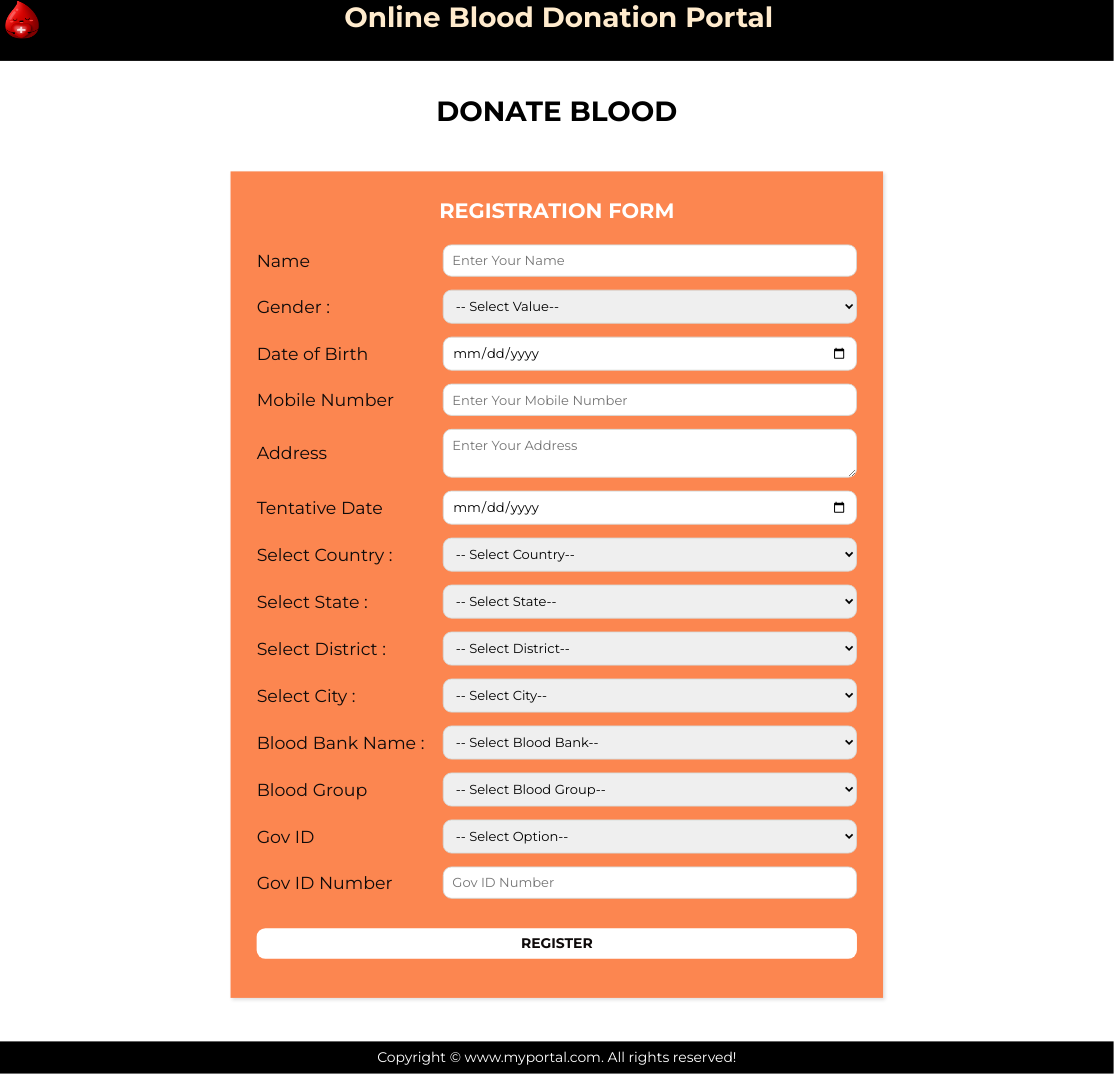
Repository: aditaya-burnwal/blood_donation_portal
Page: Donate Blood/donateblood.html
These files come from the project's save history. The page is drawn as it stood at one moment and after a run of saves; the edit follows.
The browser window is 1280 px wide. The pictures show the whole page, at 87% of full size.

Above is the page before, as saved 2021-05-16 14:13:05.

### Donate Blood/donateblood.html
<!DOCTYPE html>
<html lang="en">

<head>
    <meta charset="UTF-8">
    <meta http-equiv="X-UA-Compatible" content="IE=edge">
    <meta name="viewport" content="width=device-width, initial-scale=1.0">
    <link rel="icon" href="/Logo1.png">
    <link rel="stylesheet" href="donateblood.css">
    <title>Donate Blood</title>
</head>

<body>
    <div class="header">
        <img src="/Logo1.png" height="50px" width="50px">
        <h1 id="title">Online Blood Donation Portal</h1>
    </div>
    <br>
    <br>
    <h1 align="center">DONATE BLOOD</h1>
    <div class="wrapper">
        <div class="title">
            Registration Form
        </div>

        <div class="form">
            <div class="inputfield">
                <label>Name</label>
                <input type="text" name="name" placeholder="Enter Your Name" class="input" required>
            </div>

            <div class="inputfield">
                <label>Gender :</label>
                <select class="input" required>
                    <option value="">-- Select Value--</option>
                    <option value="Male">Male</option>
                    <option value="Female">Female</option>
                    <option value="Others">Others</option>
                </select>
            </div>

            <div class="inputfield">
                <label>Date of Birth</label>
                <input type="date" name="date" class="input">
            </div>

            <div class="inputfield">
                <label>Mobile Number</label>
                <input type="number" name="mobile" placeholder="Enter Your Mobile Number" class="input">
            </div>

            <div class="inputfield">
                <label>Address</label>
                <textarea name="address" placeholder="Enter Your Address" class="input"></textarea>
            </div>

            <div class="inputfield">
                <label>Tentative Date</label>
                <input type="date" name="tendate" class="input">
            </div>


            <div class="inputfield">
                <label>Select Country :</label>
                <select class="input">
                    <option value="">-- Select Country--</option>
                    <option value="India">India</option>
                    <option value="USA">USA</option>
                </select>
            </div>

            <div class="inputfield">
                <label>Select State :</label>
                <select class="input">
                    <option value="">-- Select State--</option>
                    <optgroup label="India">
                        <option value="Bihar">Bihar</option>
                        <option value="Delhi">Delhi</option>
                        <option value="Jharkhand">Jharkhand</option>
                        <option value="West Bengal">West Bengal</option>
                    </optgroup>
                    <optgroup label="USA">
                        <option value="New Mexico">New Mexico</option>
                        <option value="Texas">Texas</option>
                        <option value="Washington">Washington</option>
                    </optgroup>
                </select>
            </div>
            <div class="inputfield">
                <label>Select District :</label>
                <select class="input">
                    <option value="">-- Select District--</option>
                    <optgroup label="India">
                        <optgroup label="Bihar">
                            <option value="Bhagalpur">Bhagalpur</option>
                            <option value="Patna">Patna</option>
                        </optgroup>
                        <optgroup label="Jharkhand">
                            <option value="Deoghar">Deoghar</option>
                            <option value="Dhanbad">Dhanbad</option>
                        </optgroup>
                        <optgroup label="Delhi">
                        <option value="New Delhi">New Delhi</option>
                    </optgroup>
                    <optgroup label="West Bengal">
                        <option value="Howrah">Howrah</option>
                        <option value="Kolkata">Kolkata</option>
                        <option value="North 24 Parganas">North 24 Parganas</option>
                    </optgroup>
                </optgroup>
                    <optgroup label="USA">
                        <option value="New Mexico">New Mexico</option>
                        <option value="Texas">Texas</option>
                        <option value="Washington">Washington</option>
                    </optgroup>
                </select>
            </div>
            <div class="inputfield">
                <label>Select City : </label>
                <select class="input">
                    <option value="">-- Select City--</option>
                    <optgroup label="Bhagalpur">
                        <option value="Bhagalpur">Bhagalpur</option>
                        <option value="Sultanganj">Sultanganj</option>
                    </optgroup>
                    <optgroup label="Patna">
                        <option value="Danapur">Danapur</option>
                        <option value="Patna">Patna</option>
                    </optgroup>
                    <optgroup label="Deoghar">
                        <option value="Deoghar">Deoghar</option>
                        <option value="Madhupur">Madhupur</option>
                    </optgroup>
                    <optgroup label="Dhanbad">
                        <option value="Dhanbad">Dhanbad</option>
                    </optgroup>
                    <optgroup label="Delhi">
                        <option value="Firozabad">Firozabad</option>
                        <option value="New Delhi">New Delhi</option>
                    </optgroup>
                    <optgroup label="West Bengal">
                        <option value="Howrah">Howrah</option>
                        <option value="Kolkata">Kolkata</option>
                        <option value="Salt Lake City">Salt Lake City</option>
                    </optgroup>
                    <optgroup label="USA">
                        <option value="Brownsville">Brownsville</option>
                        <option value="Chicago">Chicago</option>
                        <option value="Las Cruces">Las Cruces</option>
                        <option value="New York City">New York City</option>
                        <option value="Seattle">Seattle</option>
                    </optgroup>
                </select>
            </div>

            <div class="inputfield">
                <label>Blood Bank Name : </label>
                <select class="input">
                    <option value="">-- Select Blood Bank--</option>
                    <optgroup label="Bhagalpur">
                        <option value="JLNMCHB">Blood Bank JLNMCH Bhagalpur</option>
                    </optgroup>
                    <optgroup label="Patna">
                        <option value="PMCH">Bihar State Blood Bank, PMCH, Patna</option>
                        <option value="IGIMSP">Blood Bank IGIMS Patna</option>
                        <option value="NMCH">Blood Bank NMCH Patna</option>
                    </optgroup>
                    <optgroup label="Deoghar">
                        <option value="SadarHosDeo">Blood Bank, Sadar Hospital, Deoghar</option>
                    </optgroup>
                    <optgroup label="Dhanbad">
                        <option value="PMCHS">Blood Bank, PMCHS, Dhanbad</option>
                        <option value="CHBB">Central Hospital Blood Bank</option>
                    </optgroup>
                    <optgroup label="Delhi">
                        <option value="KGH">Blood Bank, Kasturba Gandhi Hospital</option>
                        <option value="NRCH">Blood Bank, NRCH</option>
                        <option value="IRCNH">Indian Red Cross NH Blood Bank</option>
                    </optgroup>
                    <optgroup label="West Bengal">
                        <option value="BDHBB">Barasat District Hospital Blood Bank</option>
                        <option value="CMCH">Calcutta Medical College and Hospital</option>
                        <option value="NRSMCH">N.R.S Medical College and Hospital</option>

                    </optgroup>
                    <optgroup label="USA">
                        <option value="AABB">American Association of Blood Banks</option>
                        <option value="Alphacord">Alphacord</option>
                        <option value="ARCS">American Red Cross Services</option>
                        <option value="GCRBC">Gulf Coast Regional Blood Center</option>
                        <option value="Vitalant">Vitalant</option>
                    </optgroup>
                </select>
            </div>

            <div class="inputfield">
                <label>Blood Group</label>

                <select class="input" name="blgr">
                    <option value="">-- Select Blood Group--</option>
                    <option value="A +ve">A +ve</option>
                    <option value="A -ve">A -ve</option>
                    <option value="B +ve">B +ve</option>
                    <option value="B -ve">B -ve</option>
                    <option value="AB +ve">AB +ve</option>
                    <option value="AB -ve">AB -ve</option>
                    <option value="O +ve">O +ve</option>
                    <option value="O -ve">O -ve</option>
                </select>
            </div>

            <div class="inputfield">
                <label>Gov ID</label>

                <select class="input" name="GovId">
                    <option value="">-- Select Option--</option>
                    <option value="Aadhaar">Aadhaar Number</option>
                    <option value="DL">Driving License</option>
                    <option value="GovtIdent">Govt Authority Identifier</option>
                    <option value="PAN">PAN</option>
                    <option value="passport">Passport Number</option>
                    <option value="VoterId">Voter Id</option>
                </select>
            </div>

            <div class="inputfield">
                <label>Gov ID Number</label>
                <input type="number" name="GovIdNo" placeholder="Gov ID Number" class="input">
            </div>

            <br>

            <div class="inputfield">
                <a href="/this" class="submit">Register</a>
                <!-- <button type="submit" class="submit-btn">Log In</button> -->
            </div>
        </div>

    </div>


    <!-- <section>
        <marquee>
            Warning: Do not pay any amount to a person promising supply of blood packets or arranging donors.
            We don't collect money for any services provided.
        </marquee>
    </section> -->

    <footer>
        <div class="center">
            Copyright &copy; www.myportal.com. All rights reserved!
        </div>
    </footer>

</body>
<!--
<script>
    var stateObject = {
    "India": { "Delhi": ["new Delhi", "North Delhi"],
    "Kerala": ["Thiruvananthapuram", "Palakkad"],
    "Goa": ["North Goa", "South Goa"],
    },
    "Australia": {
    "South Australia": ["Dunstan", "Mitchell"],
    "Victoria": ["Altona", "Euroa"]
    }, "Canada": {
    "Alberta": ["Acadia", "Bighorn"],
    "Columbia": ["Washington", ""]
    },
    }
    window.onload = function () {
    var countySel = document.getElementById("countySel"),
    stateSel = document.getElementById("stateSel"),
    districtSel = document.getElementById("districtSel");
    for (var country in stateObject) {
    countySel.options[countySel.options.length] = new Option(country, country);
    }
    countySel.onchange = function () {
    stateSel.length = 1; // remove all options bar first
    districtSel.length = 1; // remove all options bar first
    if (this.selectedIndex < 1) return; // done
    for (var state in stateObject[this.value]) {
    stateSel.options[stateSel.options.length] = new Option(state, state);
    }
    }
    countySel.onchange(); // reset in case page is reloaded
    stateSel.onchange = function () {
    districtSel.length = 1; // remove all options bar first
    if (this.selectedIndex < 1) return; // done
    var district = stateObject[countySel.value][this.value];
    for (var i = 0; i < district.length; i++) {
    districtSel.options[districtSel.options.length] = new Option(district[i], district[i]);
    }
    }
    }
    </script> -->

</html>

### Donate Blood/donateblood.css
/* *{
    margin:0;
    padding:0;
    font-family: sans-serif;
}

#header{
    display: inline-flex;
    flex-direction: row;
    height: 50%;
    justify-content: center;
    text-align: center;
    font-family: 'Bree Serif', serif;
}
.donation-form-box{
    width: 480px;
    height: 480px;
    align-items: center;
    position: relative;
    margin: 6% auto;
    background: rgb(255, 82, 29);
    padding: 5px;
    overflow: hidden;
}

.input-group{
    align-items:center;
} */

@import url('https://fonts.googleapis.com/css?family=Montserrat:400,700&display=swap');

*{
  margin: 0;
  padding: 0;
  box-sizing: border-box;
  font-family: 'Montserrat', sans-serif;
}

html{
  scroll-behavior: smooth;
}

.wrapper{
  max-width: 750px;
  width: 100%;
  background: rgb(252, 134, 80);
  margin: 50px auto;
  box-shadow: 2px 2px 4px rgba(0,0,0,0.125);
  padding: 30px;
}

.wrapper .title{
  font-size: 24px;
  font-weight: 700;
  margin-bottom: 25px;
  color: #fff;
  text-transform: uppercase;
  text-align: center;
}

.wrapper .form{
  width: 100%;

}

.wrapper .form .inputfield{
  margin-bottom: 15px;
  display:flex;
  align-items: center;
}

.wrapper .form .inputfield label{
  width: 300px;
  color: #0e0a0a;
  margin-right: 10px;
  font-size: 20px;
  font-weight:500;
}

.wrapper .form .inputfield .input{
  width: 100%;
  outline: none;
  border: 1px solid #d5dbd9;
  font-size: 15px;
  padding: 8px 10px;
  border-radius: 10px;
}
.submit{
  width: 100%;
  text-transform: uppercase;
  text-decoration: none;
  font-weight:1000;
  text-align: center;
  color: #0e0a0a;
  background-color: white;
  padding: 8px 10px;
  border-radius: 10px;
}


.wrapper .form .inputfield .input:focus
{
  border: 1px solid #fe4d07;
}


.wrapper .form .inputfield .btn{
  width: 100%;
   padding: 8px 10px;
  font-size: 15px;
  border: 0px;
  background:  #f5d93d;
  color: rgb(7, 7, 7);
  cursor: pointer;
  border-radius: 3px;
  outline:none;
}



@media (max-width:420px) {
  .wrapper .form .inputfield{
    flex-direction: column;
    align-items: flex-start;
  }
  .wrapper .form .inputfield label{
    margin-bottom: 5px;
  }

}

.header{
    height: 70px;
    justify-content: start;
    width: 100%;
    display: flex;
    background: black;
    flex-direction: row;
}

#title{
    color: blanchedalmond;
    margin-left: 27%;
    margin-right: 10%;
}

footer{
  background: black;
  color: white;
  padding: 9px 20px;
}

.center{
  text-align: center;
}

After the next 2 saves:
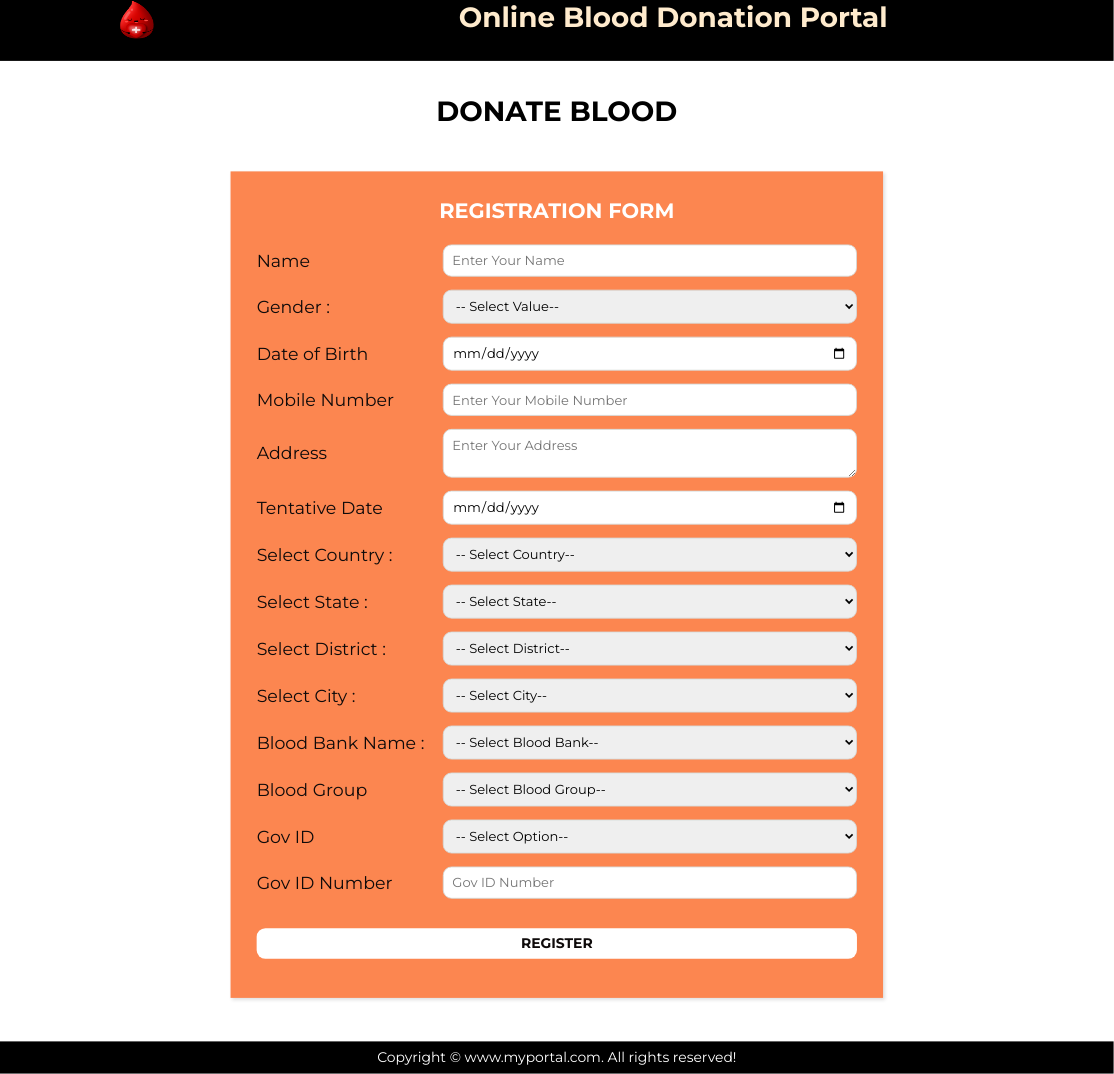
The 2 saves are shown as one change because they came seconds apart.
The last was saved 7 s later.
--- a/Donate Blood/donateblood.css
+++ b/Donate Blood/donateblood.css
@@ -131,7 +131,7 @@ html{
 
 .header{
     height: 70px;
-    justify-content: start;
+    justify-content: center;
     width: 100%;
     display: flex;
     background: black;
